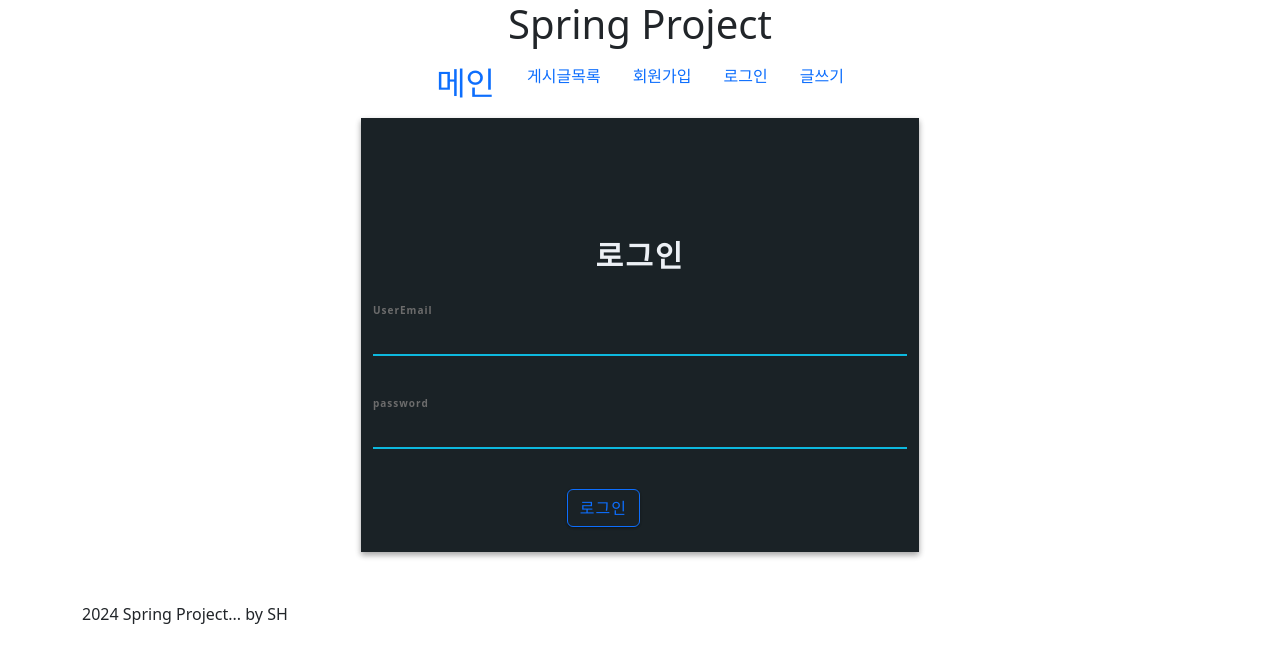
Repository: dtkd19/spring_personal_project
Page: http://localhost/myproject/WEB-INF/views/user/login.jsp
These files come from the project's save history. The page is drawn as it stood at one moment and after the next save; the edit follows.
The browser window is 1280 px wide. The pictures show the whole page.
The page is served by Tomcat 9. Nobody is signed in. The template is opened directly, without the code that normally fills it, so the values that code supplies are empty.

Above is the page before, as saved 2024-11-08 02:34:35.

After the next save:
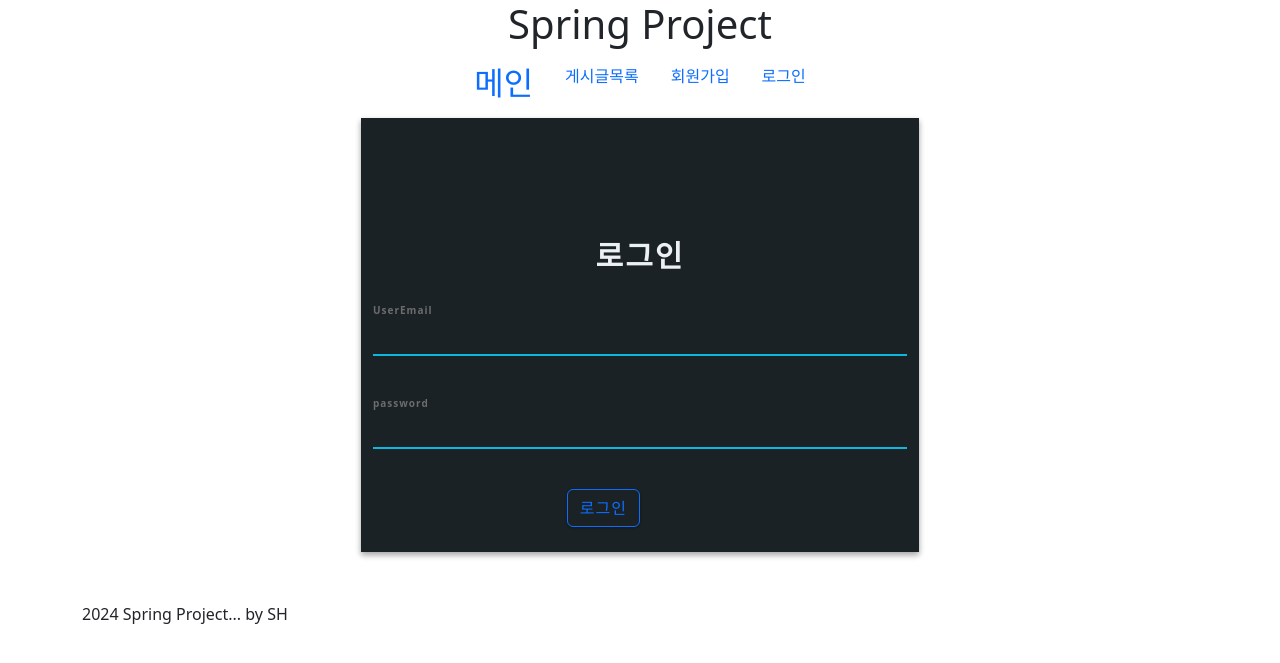
Saved 2 min 41 s later.
--- a/myproject/src/main/webapp/WEB-INF/views/layout/header.jsp
+++ b/myproject/src/main/webapp/WEB-INF/views/layout/header.jsp
@@ -31,9 +31,17 @@
     <a class="nav-link" href="/user/login">로그인</a>
   </li>
   </sec:authorize>
+
+  <sec:authorize access="isAuthenticated()">
   <li class="nav-item">
     <a class="nav-link" href="/board/register">글쓰기</a>
   </li>
+
+
+
+
+  </sec:authorize>
+
 </ul>
 
 
